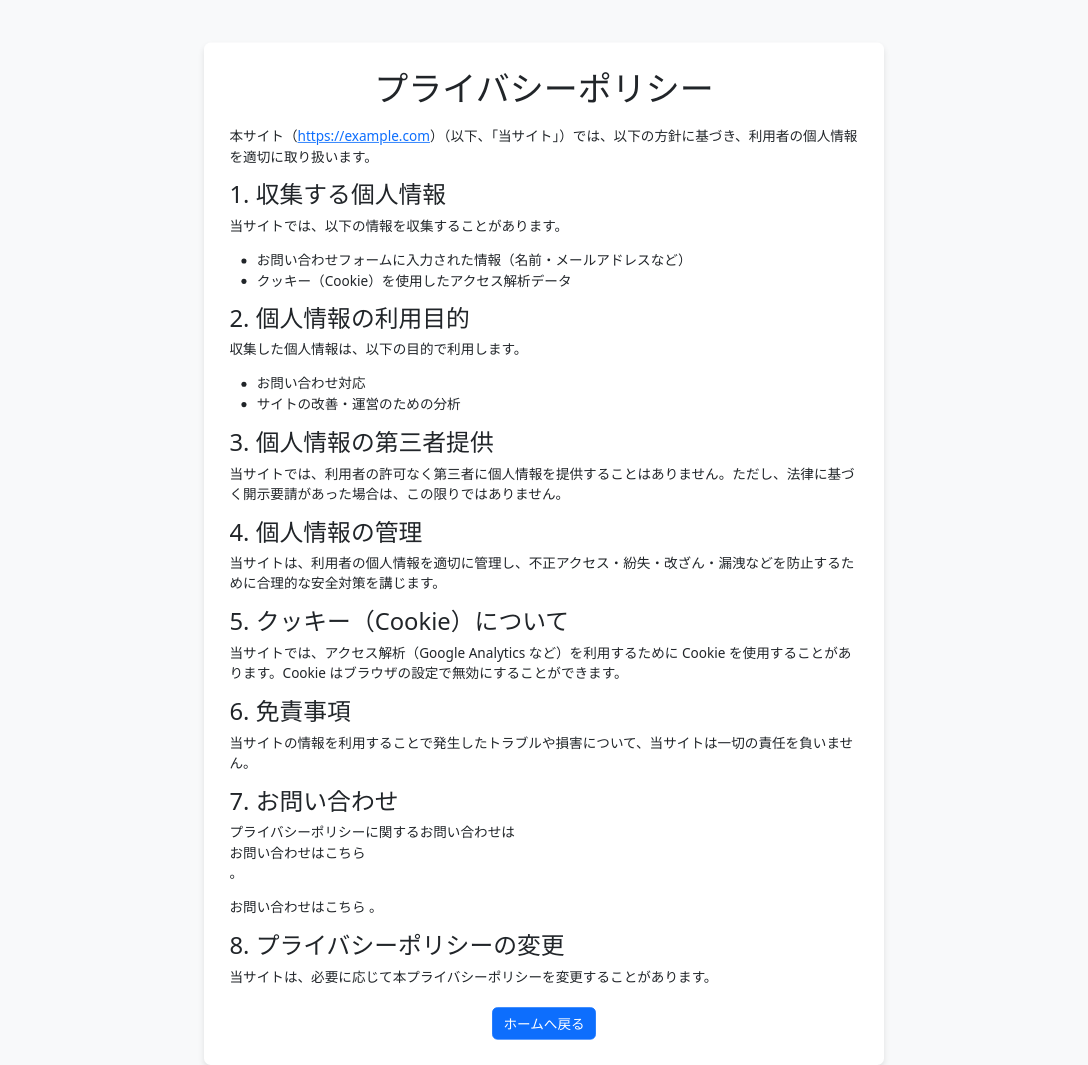
Repository: masa1228ew/original
Page: http://localhost/auth/privacy
These files come from the project's save history. The page is drawn as it stood at one moment and after the next save; the edit follows.
The browser window is 1280 px wide. The pictures show the whole page, at 85% of full size.
The page is this project's Thymeleaf template; nobody is signed in. The template is opened directly, without the code that normally fills it, so the values that code supplies are empty.

Above is the page before, as saved 2025-02-16 13:47:36.

After the next save:
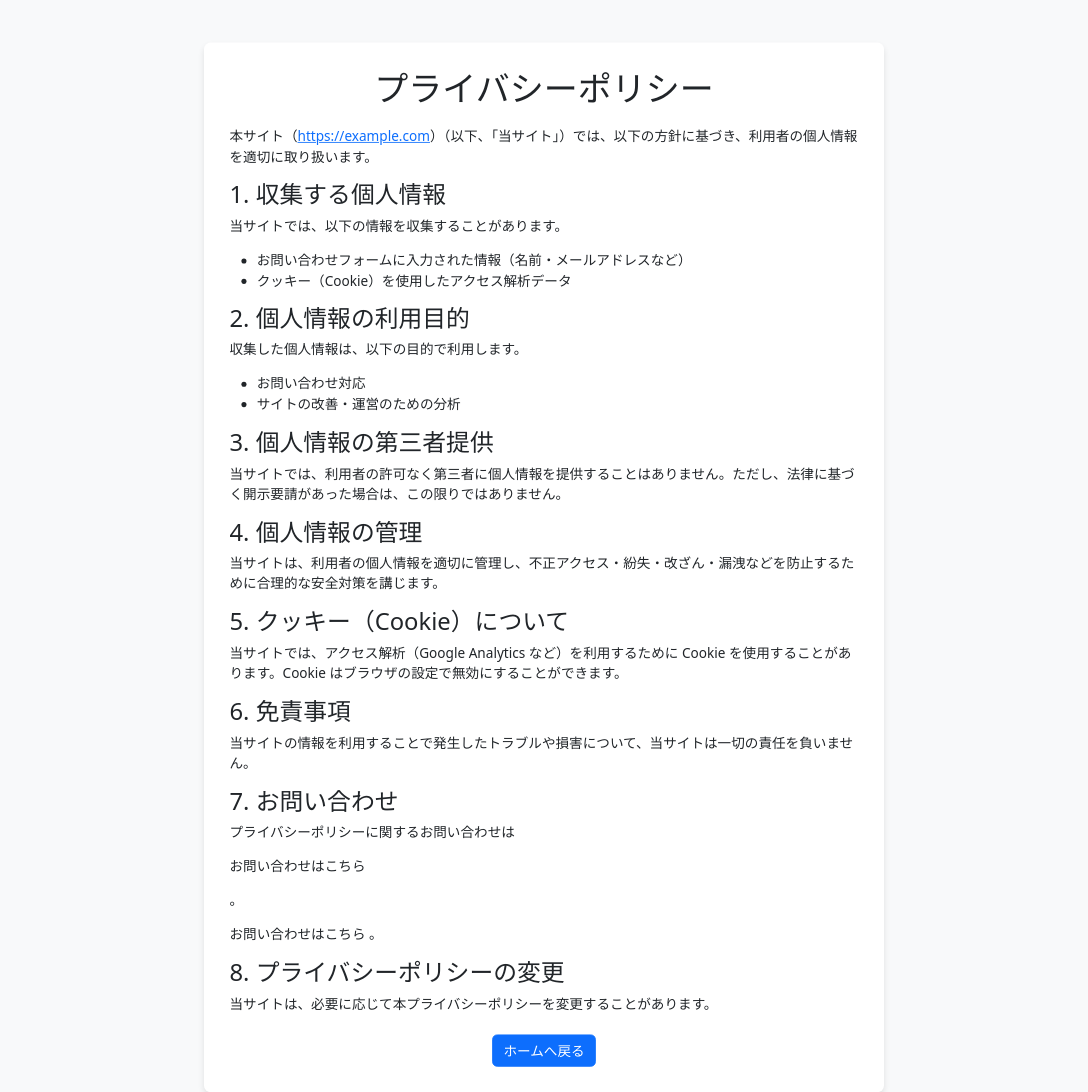
Saved 32 s later.
--- a/original/original/src/main/resources/templates/auth/privacy.html
+++ b/original/original/src/main/resources/templates/auth/privacy.html
@@ -56,7 +56,7 @@
         <p>当サイトの情報を利用することで発生したトラブルや損害について、当サイトは一切の責任を負いません。</p>
 
         <h3>7. お問い合わせ</h3>
-        <p>プライバシーポリシーに関するお問い合わせは<a class="nav-link" th:href="@{/inquiry}">お問い合わせはこちら</a>。</p>
+        <p>プライバシーポリシーに関するお問い合わせは<p class="nav-link" th:href="@{/inquiry}">お問い合わせはこちら</p>。</p>
 					お問い合わせはこちら
 				</a>。</p>
 
